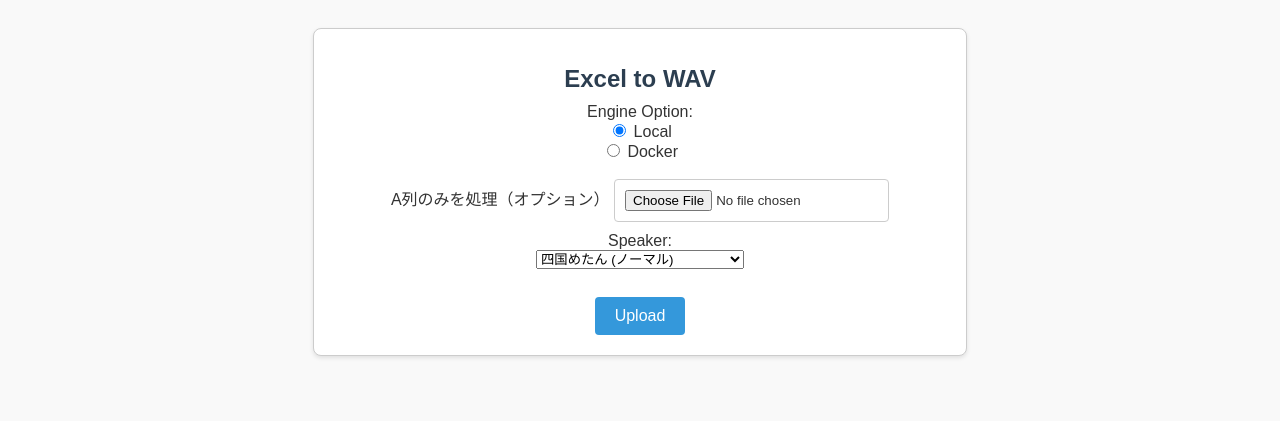
Repository: limonene213u/Excel-to-VOICE
Page: http://localhost/
These files come from the project's save history. The page is drawn as it stood at one moment and after the next save; the edit follows.
The browser window is 1280 px wide. The pictures show the whole page.
The page is served by the project's application, run on Flask 3 (volume/app.py).

Above is the page before, as saved 2023-10-11 01:33:10.

After the next save:
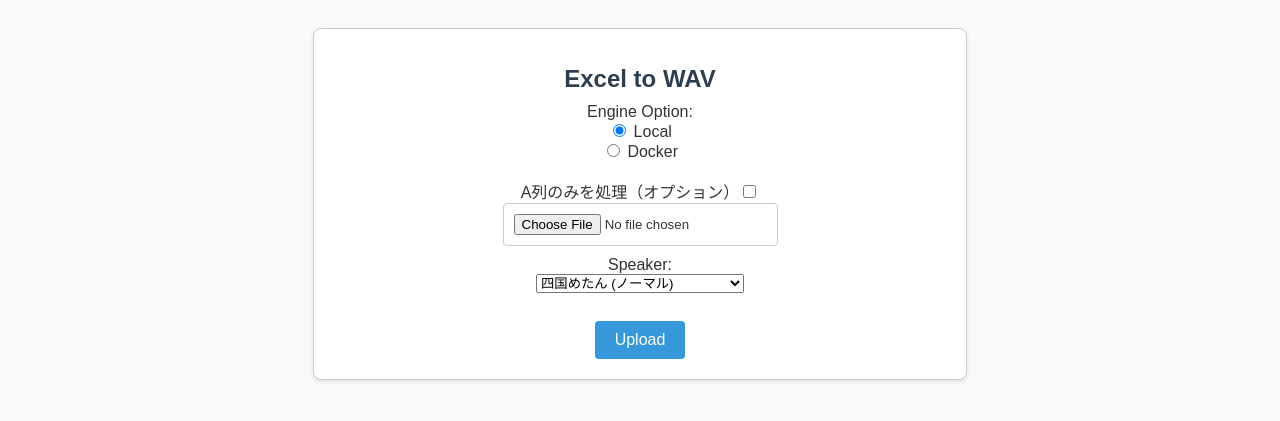
Saved 71 s later.
--- a/volume/templates/index.html
+++ b/volume/templates/index.html
@@ -56,7 +56,7 @@
         <label for="local-engine">Local</label><br>
         <input type="radio" id="docker-engine" name="engine-option" value="docker">
         <label for="docker-engine">Docker</label><br><br>
-        <label for="single_column">A列のみを処理（オプション）</label>
+        <label for="single_column">A列のみを処理（オプション）</label><input type="checkbox" name="single_column" id="single_column"><br>
         <input type="file" name="file" accept=".xlsx" required>
         <br>
         <label for="speaker-id">Speaker:</label><br>
